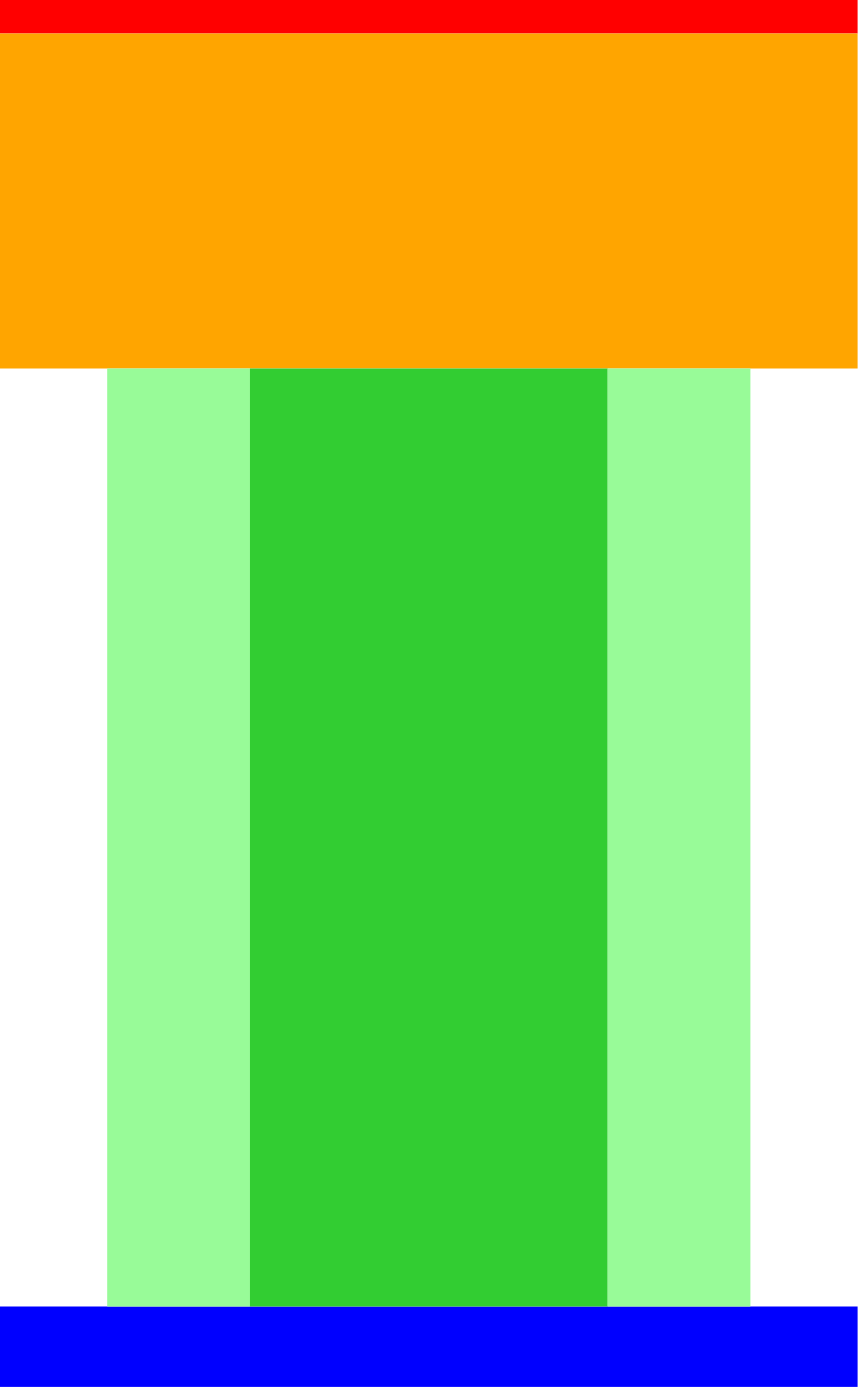
Repository: rascalNoShippo/git-practice
Page: chapter4_exercise/index.html
The author's editor kept a record of every edit. The page is drawn from the files as they stood at one moment, then again after the next edit.
The browser window is 1280 px wide. The pictures show the whole page, at 67% of full size.

Above is the page before.

After the next edit:
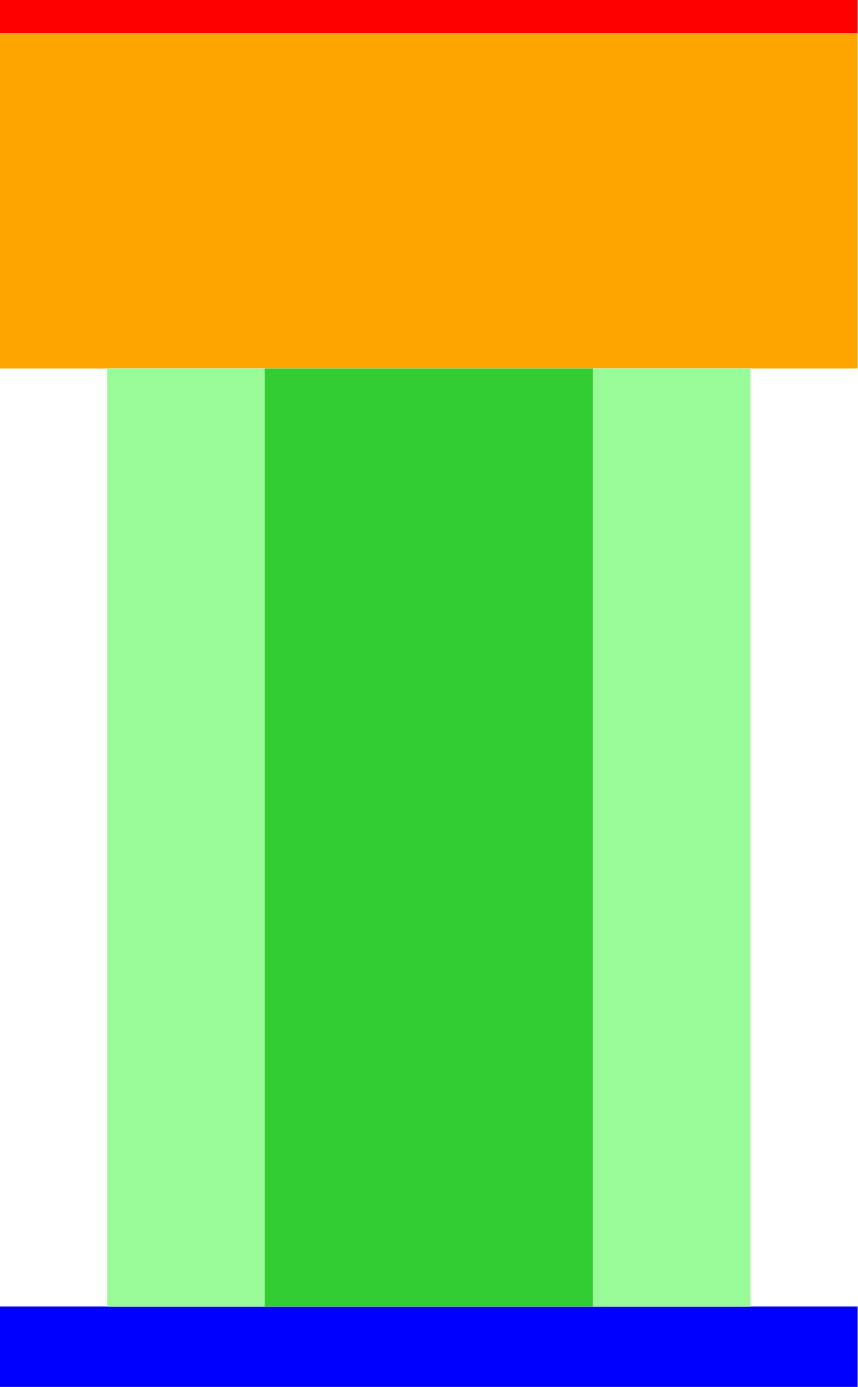
The edit:
--- a/chapter4_exercise/style.css
+++ b/chapter4_exercise/style.css
@@ -26,7 +26,7 @@
 }
 
 .blog{
-  width: 600px;
+  width: 500px;
   height: 1400px;
   background-color: limegreen;
 }
